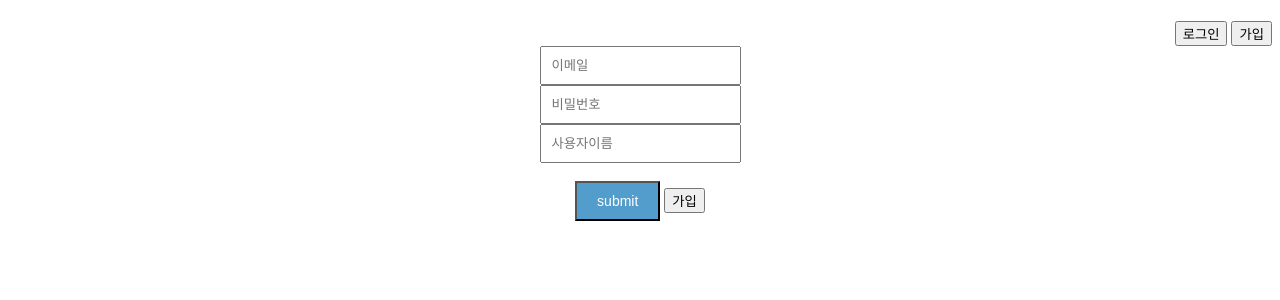
Repository: trapezer84/JSP
Page: http://localhost/AEB_JavaProgramming/
An editor plug-in stored every save of this project. The page is shown before and after the next save, followed by the edit.
The browser window is 1280 px wide. The pictures show the whole page.
The page is served by Tomcat 9. Other server files are loaded and not shown.

Above is the page before, as saved 2016-02-15 00:46:07.

### AEB_JavaProgramming/WebContent/index.jsp
<%@ page language="java" contentType="text/html; charset=UTF-8"
    pageEncoding="UTF-8"%>
<!DOCTYPE html>
<html>
<head>
<meta http-equiv="Content-Type" content="text/html; charset=UTF-8">
<title>Insert title here</title>
<style>
.joinformat {

}

button.css3button {
	font-family: Arial, Helvetica, sans-serif;
	font-size: 14px;
	color: white;
	padding: 10px 20px;
	background: -webkit-gradient(
		linear, left top, left bottom,
		from(#529dcc),
		to(#529dcc));
}



</style>

</head>
<body>

<div>
	<h1> </h1>
</div>

<div align="right">
	<button type="submit">로그인</button>
	<button type="submit">가입</button>
</div>

<div align="center">
	<form method="post" id="jointag">
	<div class="">
		 <input id="joinemail" type="email" placeholder="이메일"  style="display:block; padding:10px" />
		 <input id="joinpassword" type="password" placeholder="비밀번호" style="display:block; padding:10px"/>
		 <input id="joinusername" type="text" placeholder="사용자이름" style="display:block; padding:10px"/>
	</div>
		<br />
		<button type="submit" name="" value="" class="css3button">submit</button>
		<button type="submit">가입</button>
	</form>
</div>

<div class="section-page" data-section-title="page1" style="z-index: 5;">
</div>

<div class="section-page" data-section-title="page2" style="z-index: 4;">
</div>

<div class="section-page" data-section-title="page3" style="z-index: 3;">
</div>




</body>
</html>

After the next save:
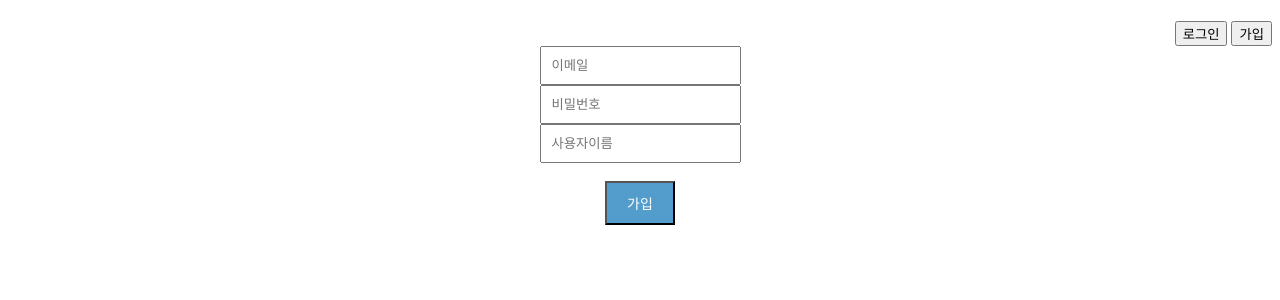
Saved 13 s later.
--- a/AEB_JavaProgramming/WebContent/index.jsp
+++ b/AEB_JavaProgramming/WebContent/index.jsp
@@ -45,8 +45,7 @@ button.css3button {
 		 <input id="joinusername" type="text" placeholder="사용자이름" style="display:block; padding:10px"/>
 	</div>
 		<br />
-		<button type="submit" name="" value="" class="css3button">submit</button>
-		<button type="submit">가입</button>
+		<button type="submit" name="" value="" class="css3button">가입</button>
 	</form>
 </div>
 
